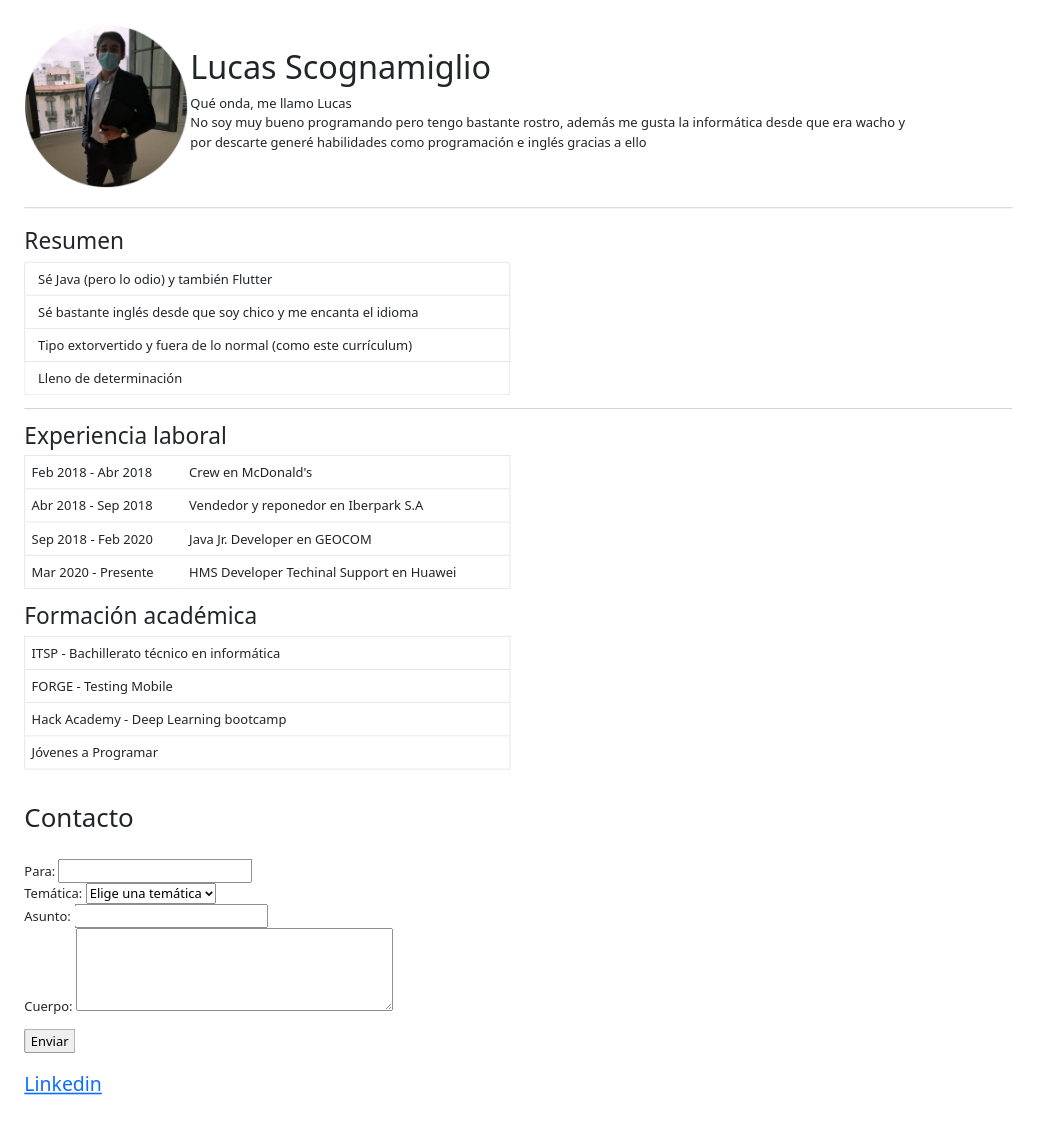
Repository: ScoggoDev/DesarrolloWeb
Page: tarea en equipo 1/cv.html
An editor plug-in stored every save of this project. The page is shown before and after the next save, followed by the edit.
The browser window is 1280 px wide. The pictures show the whole page, at 81% of full size.

Above is the page before, as saved 2021-07-12 10:07:32.

After the next save:
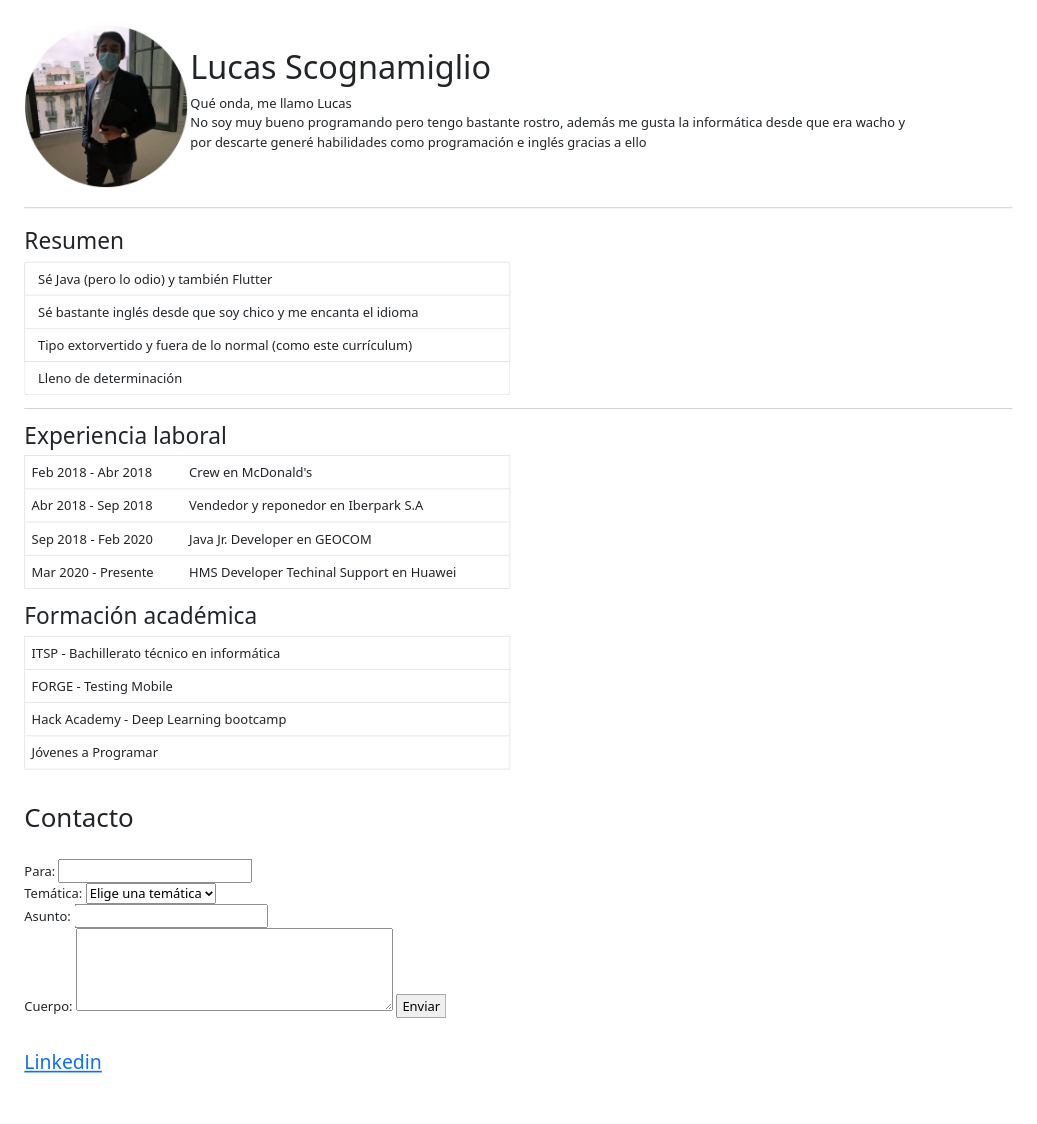
Saved 11 s later.
--- a/tarea en equipo 1/cv.html
+++ b/tarea en equipo 1/cv.html
@@ -81,9 +81,10 @@
       <input type="text" id="lname" name="lname"><br>
       <p>Cuerpo: <textarea id="textarea" name="textarea" rows="4" cols="40">
 
-      </textarea></p>
+      </textarea>
+      <input type="submit" value="Enviar"></p>
 
-      <input type="submit" value="Enviar">
+
     </form>
     <br>
     <h4><a href="linkedin.com/in/lucas-scognamiglio-71b154162/">Linkedin</a></h4>
